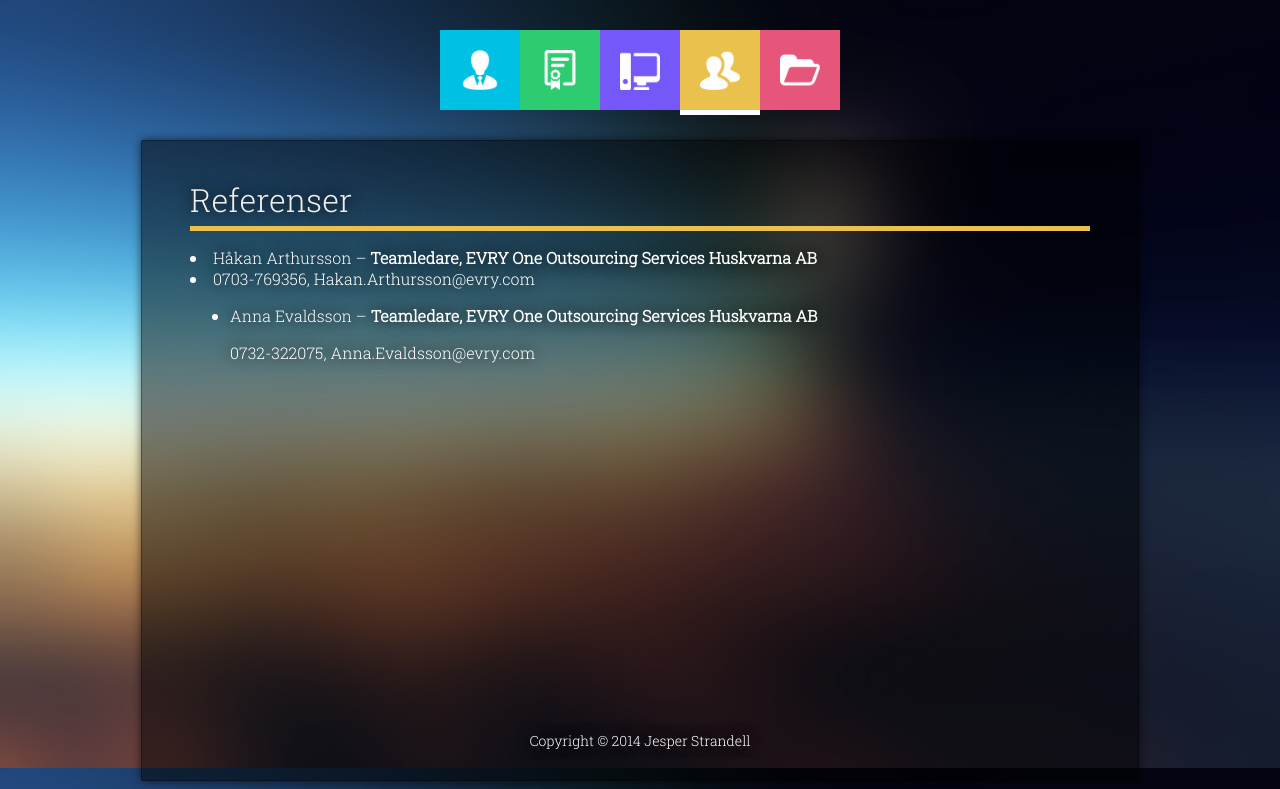
Repository: ja222vv/minipage
Page: pages/references.html
The author's editor kept a record of every edit. The page is drawn from the files as they stood at one moment, then again after the next edit.
The browser window is 1280 px wide. The pictures show the whole page.
Backgrounds fixed to the window are drawn as part of the page.

Above is the page before.
Not found: pages/scripts/script.js

### pages/references.html
<!doctype html>
<html lang="sv">
    <head>
        <meta charset="UTF-8" />
        <title>Portfolio</title>
        <link rel="stylesheet" href="../css/style.css" />
        <link rel="stylesheet" href="../css/hover.css" />
    </head>
    <body>
        <div class="menu">
            <div class="tile blue shrink" id="aboutme">
                <a href="../index.html">
            	<img src="../css/pics/personimage.png" class="icon" />
            	<span class="title"></span>
                </a>
            </div>
            <div class="tile mint shrink" id="experience">
                <a href="experience.html" id="link_exp">
            	<img src="../css/pics/diploma.png" class="icon" />
            	<span class="title"></span>
            	</a>
            </div>
            <div class="tile purple shrink" id="knowledge">
                <a href="knowledge.html">
            	<img src="../css/pics/workstation.png" class="icon" />
                <span class="title"></span>
                </a>
            </div>
            <div class="tile yellow active shrink" id="references">
                <a href="#">
                <img src="../css/pics/group.png" class="icon" />
            	<span class="title"></span>
                </a>
            </div>
            <div class="tile red shrink" id="portfolio">
            	<a href="portfolio.html">
            	<img src="../css/pics/folder.png" class="icon" />
            	<span class="title"></span>
            	</a>
            </div>
        </div>
        <div class="container">
		    <div class="headeryellow">
                <h1>Referenser</h1>
            </div>
            <div class="subcontent">
                <p>
                        <li>Håkan Arthursson – <b>Teamledare, EVRY One Outsourcing Services Huskvarna AB</b></li>


                        <li>0703-769356, Hakan.Arthursson@evry.com</li>
                </p>
                <p>

                </p>

                    <ul>
                        <li>Anna Evaldsson – <b>Teamledare, EVRY One Outsourcing Services Huskvarna AB</b></li>
                    </ul>
                    <ul class="nostyle">
                        <li>0732-322075, Anna.Evaldsson@evry.com</li>
                    </ul>


            </div>
		    <div class="footer">
		        <p>Copyright © 2014 Jesper Strandell</p>
		    </div>
        </div>
        <script type="text/javascript" src="scripts/script.js"></script>
    </body>
</html>

### css/style.css
@import url(//fonts.googleapis.com/css?family=Roboto+Slab:300);

@font-face {
    font-family: LeagueScript;
    src: url('LeagueScript.otf');
}

/*
outline: 7px solid rgba(255,255,255,0);
transition: outline .5s ease-out;
position: relative; /* outline */

html {
	background: #000 url(pics/wallpaper.jpg) no-repeat fixed center center;
	background-size: cover;
	overflow-y: scroll;
}

body {
	font-family: 'Roboto slab', serif;
	color: #FFFFFF;
	font-size: 16px;
	text-shadow: 1px 1px 15px #111;
}
img {
    border:none;
}
h1 {
  color: #eee;
  font-weight:normal;
}
.logotype {
    font-family: LeagueScript;
    font-size:36px;
    font-weight: bold;
    margin-left:30px;
    float:left;
}
.meta {
    font-size:20px;
    font-family: LeagueScript;
    text-align:center;
    margin-left:60px;
    float:left;
}
.meta p {
    margin:0;
    text-shadow: -1px -1px 15px #000000;
}
/* Menyn börjar */
.menu {
    width: 400px;
    height: 80px;
    margin-top:30px;
    margin-left:auto;
	margin-right:auto;
}
.headerblue {
    margin-left:auto;
	margin-right:auto;
	border-bottom: solid 5px #00c0e4;
}
.headermint {
    margin-left:auto;
	margin-right:auto;
	border-bottom: solid 5px #2ecc71;
}
.headerpurple {
    margin-left:auto;
	margin-right:auto;
	border-bottom: solid 5px #7658f8;
}
.headeryellow {
    margin-left:auto;
	margin-right:auto;
	border-bottom: solid 5px #eac14d;
}
.headerred {
    margin-left:auto;
	margin-right:auto;
	border-bottom: solid 5px #e6567a;
}
.headerblue h1, .headermint h1, .headerpurple h1, .headeryellow h1, .headerred h1 {
    margin-bottom: 5px;
}
.tile {
    width: 80px;
	height: 80px;
	text-align: center;
	float:left;
}
.tile > a {
	width: inherit;
	height: inherit;
	display: block;
	color: #fff;
	text-decoration: none !important;
}
.active {
    border-bottom:solid 5px #FFFFFF;
}
.blue {
    background-color: #00c0e4;
}
.mint {
    background-color: #2ecc71;
}
.purple {
    background-color: #7658f8;
}
.yellow {
    background-color: #eac14d;
}
.red {
    background-color: #e6567a;
}
.icon {
	max-width:40px;
    max-height:40px;
    width:auto;
    height:auto;
    margin-top:20px;
}
.title {
	display: block;
}
/* Menyn slutar */
/* Innehåll börjar*/
.container {
    padding: 1em 3em;
	width: 900px;
	min-height: 600px;
	margin-top: 30px;
	margin-left:auto;
	margin-right:auto;
	box-shadow: 0 0 10px rgba(0,0,0,.6);
	border-radius: 2px;
	border: 1px solid #000000;
	border: 1px solid rgba(0,0,0,.3);
	background: rgba(0,0,0,.5);
	text-shadow: -1px -1px 15px #000000;
	filter: progid:DXImageTransform.Microsoft.gradient(GradientType=0,startColorstr='#4c000000', endColorstr='#4c000000');

}
.subcontent {
    min-height: 470px;
}
.nostyle {
    list-style:none;
}
.footer {
    font-size: 14px;
    text-align:center;
}
/* Innehåll slutar*/


* {
	-webkit-touch-callout: none;
	-webkit-user-select: none;
	-khtml-user-select: none;
	-moz-user-select: none;
	-ms-user-select: none;
	user-select: none;
}

Loaded but not shown: css/hover.css (2067 lines, source omitted)

After the next edit:
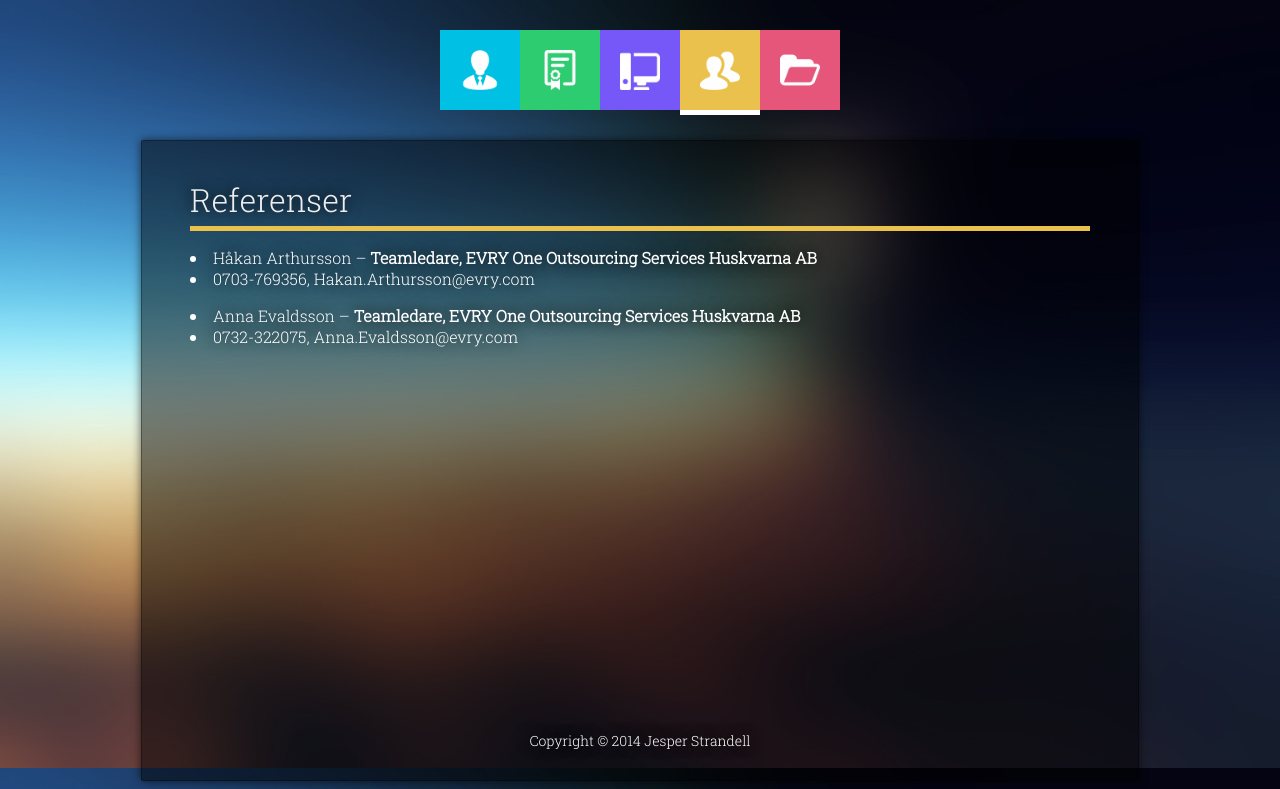
The edit:
--- a/pages/references.html
+++ b/pages/references.html
@@ -54,10 +54,9 @@
 
                 </p>
 
-                    <ul>
                         <li>Anna Evaldsson – <b>Teamledare, EVRY One Outsourcing Services Huskvarna AB</b></li>
-                    </ul>
-                    <ul class="nostyle">
+
+
                         <li>0732-322075, Anna.Evaldsson@evry.com</li>
                     </ul>
 
